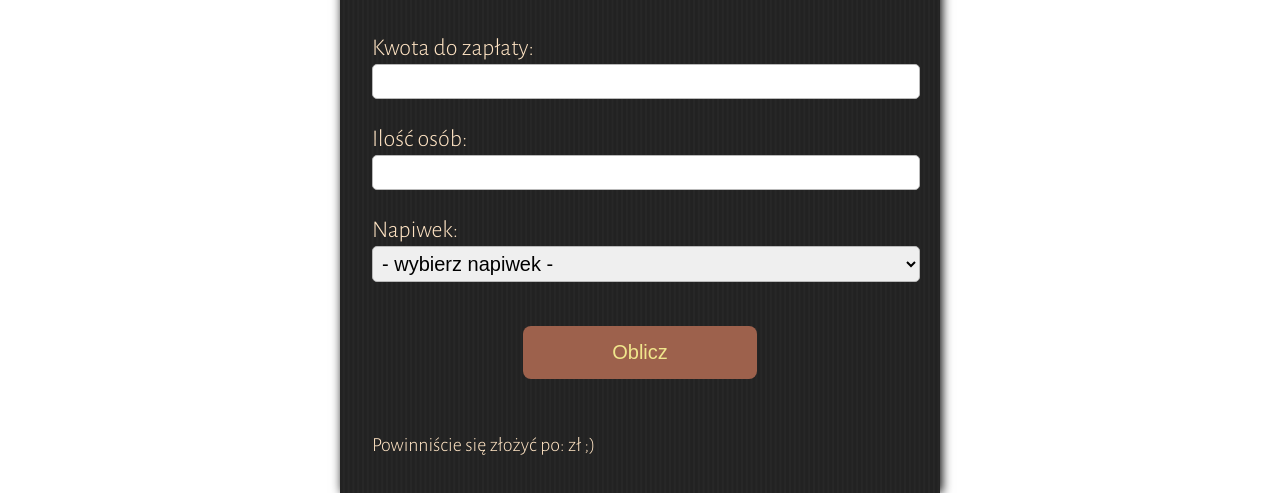
Repository: KrzysKolo/Projekt-2_Rachunek
Page: index.html
An editor plug-in stored every save of this project. The page is shown before and after the next save, followed by the edit.
The browser window is 1280 px wide. The pictures show the part of the page from y = 314 to 807 px (the page is 807 px tall before and 745 px after).
Some web fonts or font styles are not loaded; a fallback is used.

Above is the page before, as saved 2020-07-02 08:29:21.

After the next save:
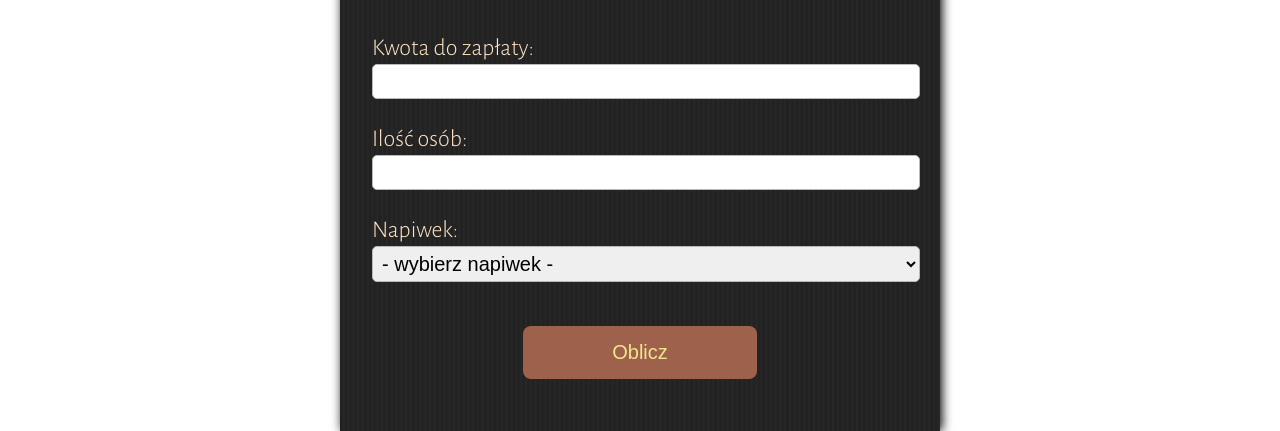
Saved 73 s later.
--- a/css/style.css
+++ b/css/style.css
@@ -84,8 +84,12 @@ body {
   background-color: rgb(132, 81, 64);
 }
 .article__cost-info {
+  display: none;
   margin-top: 30px;
   font-size: 1.25rem;
+}
+.article__cost {
+  font-weight: bold;
 }
 /*
 .rotate-hor-center {
